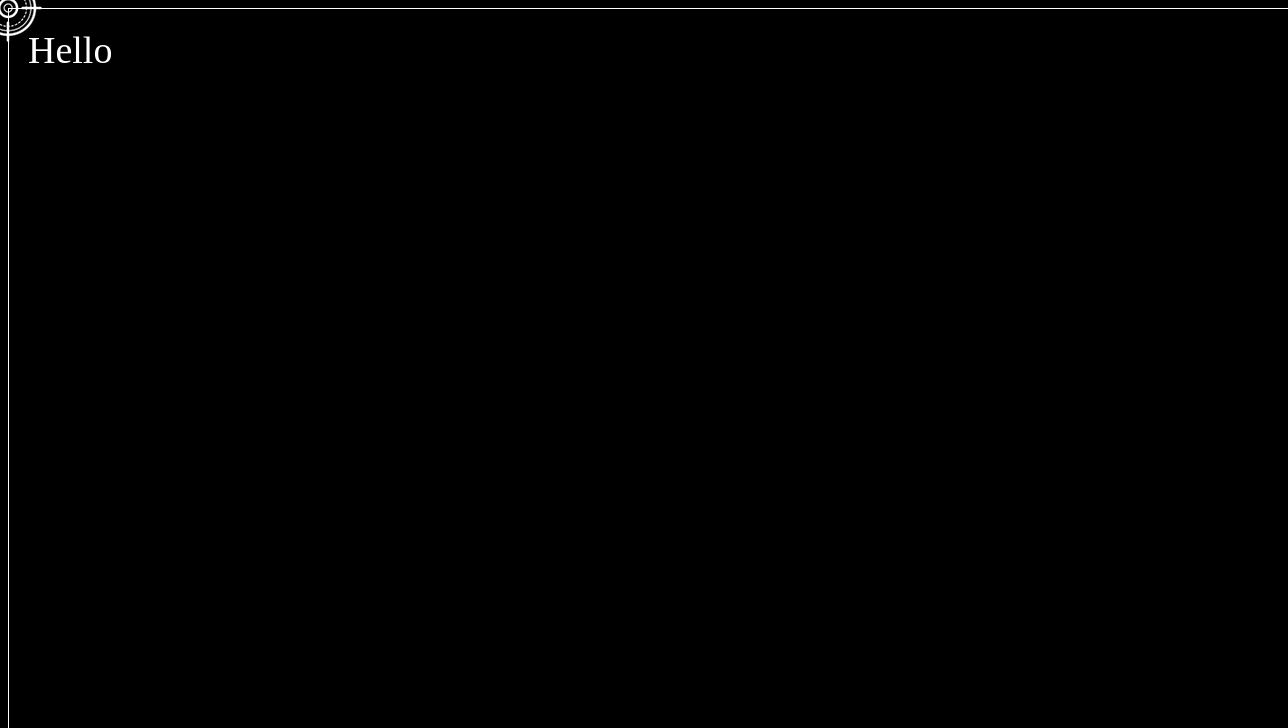
Repository: rumor1993/DreamCoding-Browser101
Page: Chapter04/coordinates/index.html
An editor plug-in stored every save of this project. The page is shown before and after the next save, followed by the edit.
The browser window is 1280 px wide. The page is 1288 px wide, then 1280 px, so the pictures cover 1288 px, including what lies to the right of the window. The pictures show the whole page.

Above is the page before, as saved 2020-12-28 00:20:25.

### Chapter04/coordinates/index.html
<!DOCTYPE html>
<html lang="en">
  <head>
    <meta charset="UTF-8" />
    <meta name="viewport" content="width=device-width, initial-scale=1.0" />
    <title>Coordinates</title>
    <script src="main.js" defer></script>
    <link rel="stylesheet" href="style.css" />
  </head>
  <body>
    <div class="line horizontal"></div>
    <div class="line vertical"></div>
    <img src="img/target.png" class="target" srcset="" />
    <span class="tag">Hello</span>
  </body>
</html>

### Chapter04/coordinates/main.js
const vertical = document.querySelector(".vertical");
const horizontal = document.querySelector(".horizontal");
const target = document.querySelector(".target");
const tag = document.querySelector(".tag");

document.addEventListener("mousemove", function (event) {
  const x = event.clientX;
  const y = event.clientY;

  // before 성능 개선
  /*
  vertical.style.left = `${x}px`;
  horizontal.style.top = `${y}px`;]

  target.style.left = `${x}px`;
  target.style.top = `${y}px`;

  tag.style.left = `${x}px`;
  tag.style.top = `${y}px`;
  tag.innerHTML = `${x}px, ${y}px`;
  */

  // after 성능 개선
  vertical.style.transform = `translateX(${x}px)`;
  horizontal.style.transform = `translateY(${y}px)`;

  // target.style.transform = `translateX${x}px, translateY${y}px`;

  target.style.left = `${x}px`;
  target.style.top = `${y}px`;

  tag.style.left = `${x}px`;
  tag.style.top = `${y}px`;

  // tag.innerHTML = `${x}px, ${y}px`;
  // tag.style.transform = `translateX(${x}px, translateY${y}px)`;
  // tag.innerHTML = `${x}px, ${y}px`;
});

### Chapter04/coordinates/style.css
body {
  background-color: black;
}

.line {
  position: absolute;
  background-color: white;
}

.horizontal {
  width: 100%;
  height: 1px;
}

.vertical {
  width: 1px;
  height: 100%;
}

.target {
  position: absolute;
  transform: translate(-50%, -50%);
}

.tag {
  position: absolute;
  color: white;
  font-size: 38px;
  transform: translate(20px, 20px);
}

After the next save:
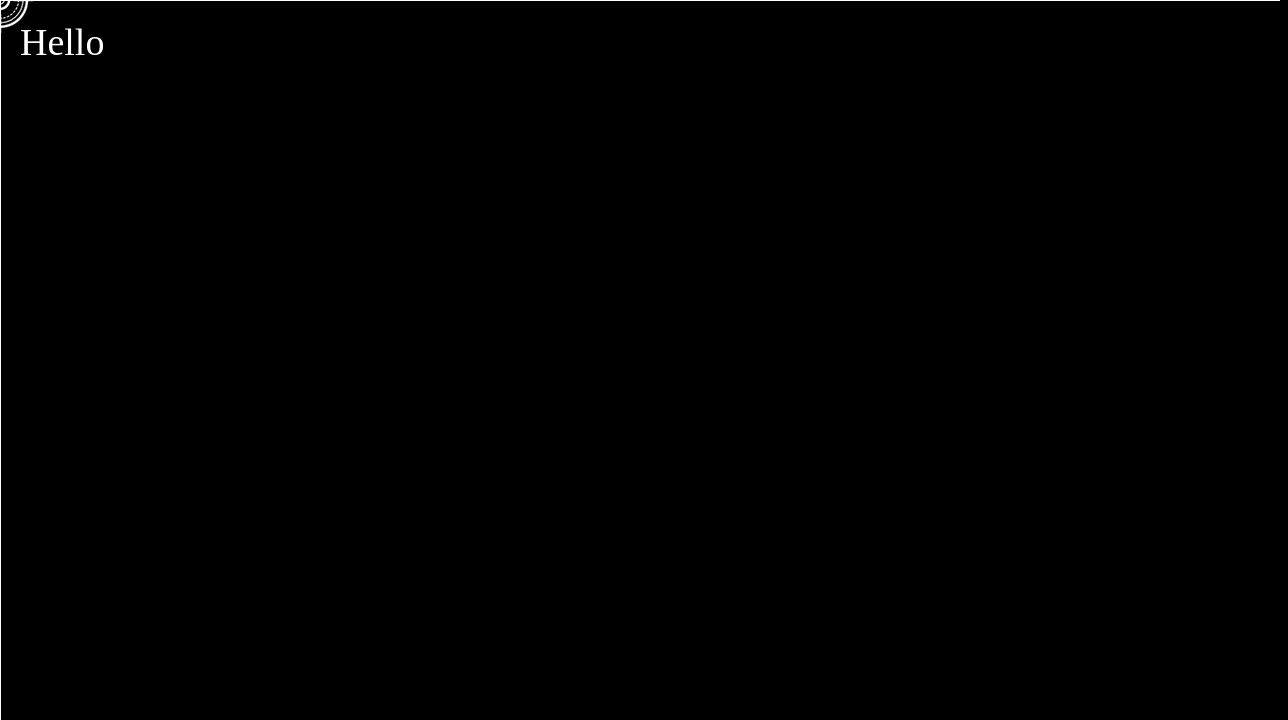
Saved 3 s later.
--- a/Chapter04/coordinates/style.css
+++ b/Chapter04/coordinates/style.css
@@ -1,5 +1,6 @@
 body {
   background-color: black;
+  margin: 0px;
 }
 
 .line {
